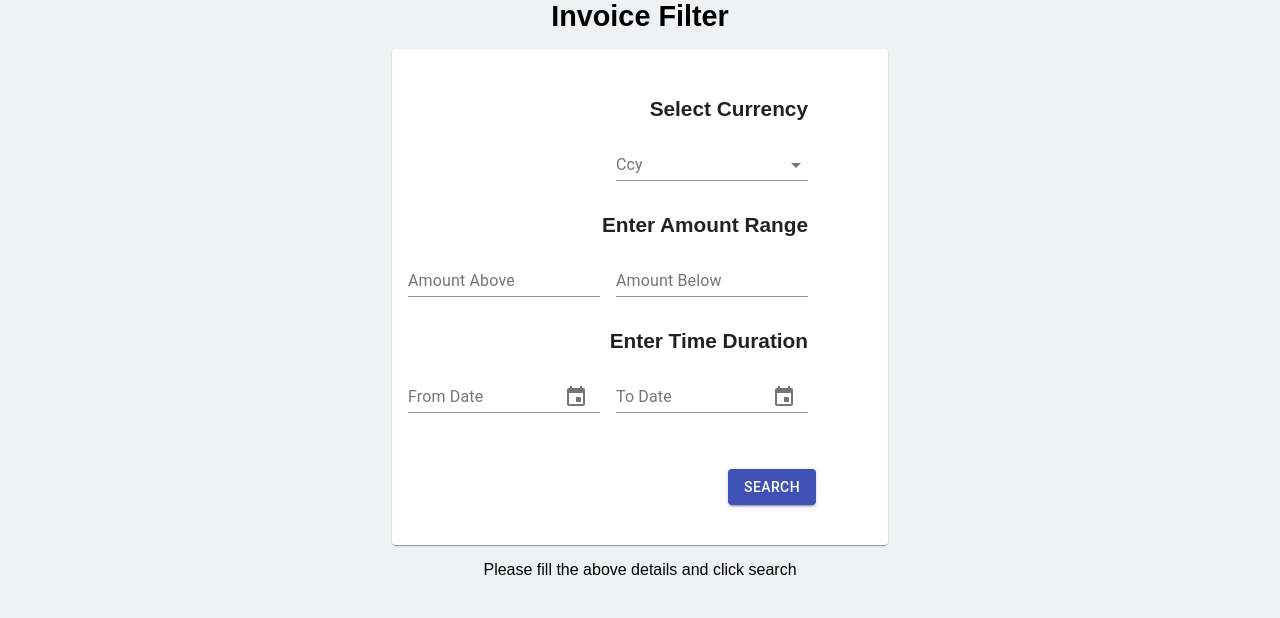
Repository: AmanullaChishty/filter
Page: /
These files come from the project's save history. The page is drawn as it stood at one moment and after the next save; the edit follows.
The browser window is 1280 px wide. The pictures show the whole page.
The project was rebuilt for these pictures with package versions that can differ from the ones it lists, and the page was loaded fresh each time.

Above is the page before, as saved 2020-01-26 22:15:09.

### src/index.js
import React from 'react';
import ReactDOM from 'react-dom';

// Required for Redux store setup
import { Provider } from 'react-redux'
import configureStore from './store';

import './index.css';
import App from './App';
import registerServiceWorker from './registerServiceWorker';

ReactDOM.render(
  <Provider store={configureStore()}>
    <App />
  </Provider>,
  document.getElementById('root')
);
registerServiceWorker();

### src/store.js
import { createStore, applyMiddleware } from 'redux';
import thunk from 'redux-thunk';
import rootReducer from './reducers/rootReducer';

export default function configureStore(initialState={}) {
  return createStore(
    rootReducer,
    applyMiddleware(thunk)
  );
}

### src/App.js
import React, { Component } from 'react';
import './App.css';
import GridList from './gridList'
import SearchBar from './searchBar/components/searchBar';



/**
 * @class App
 * @extends {Component}
 */
class App extends Component {



  /**
   * @memberof App
   * @summary handles button click
   */


  render() {
    return (
      <div className="App">
        <span className="header">Invoice Filter</span>
        <SearchBar/>
        <GridList/>
      </div>
    );
  }
}

export default App;

### src/reducers/rootReducer.js
import { combineReducers } from 'redux';
import searchReducer from '../searchBar/reducers/searchReducer'

export default combineReducers({
  searchReducer
});

### src/App.css
body{

  background-color: #edf2f2;
}
.App{
  text-align: center;
}
.header{
  font-size: 1.8em;
  font-weight: bold;
  margin: .5em;
}

### src/gridList.js
import React, { Component } from 'react';
import { connect } from 'react-redux';
import MUIDataTable from "mui-datatables";
import { getSearchCriteria, getSearchData } from './searchBar/selectors/searchSelectors';


const headers = [{ name: "invoice_id", label: "Invoice id", options: { filter: true, sort: true, } },{ name: "reference", label: "Reference", options: { filter: true, sort: true, } },
{ name: "maturity_date", label: "Maturity Date", options: { filter: true, sort: true, } },{ name: "invoice_amount", label: "Invoice Amount", options: { filter: true, sort: true, } },
{ name: "ccy", label: "CCY", options: { filter: true, sort: true, } },{ name: "buyer", label: "Buyer", options: { filter: true, sort: true, } },
{ name: "supplier", label: "Supplier", options: { filter: true, sort: true, } },{ name: "invoice_date", label: "Invoice Date", options: { filter: true, sort: true, } },]

const options = {
  filterType: "checkbox",
  responsive: "stacked",
}

class GridList extends Component {
  render() {
    const {result,seacrhedData} = this.props;

    if(seacrhedData){
      if(seacrhedData.startDate){
        let date=new Date(seacrhedData.startDate)
        let yyyy = date.getFullYear();
        let mm =date.getMonth()+1
        let dd=date.getDate();
        seacrhedData.startDate = dd+'/'+ mm +'/'+yyyy;

      }
      if(seacrhedData.endDate){
        let date=new Date(seacrhedData.endDate)
        let yyyy = date.getFullYear();
        let mm =date.getMonth()+1
        let dd=date.getDate();
        seacrhedData.endDate = dd+'/'+ mm +'/'+yyyy;

      }
    }
    const title=('Currency '+seacrhedData.ccy + ' Invoices with value between '+ seacrhedData.ccy+ ' '+ seacrhedData.lowerLimit +' - '+ seacrhedData.upperLimit +' maturing between '+seacrhedData.startDate+' and '+ seacrhedData.endDate)

    if(result.length>0){
      result.forEach(item=>{
        if(item.maturity_date){
          let date=new Date(item.maturity_date*1000)
          let yyyy = date.getFullYear();
          let mm =date.getMonth()+1
          let dd=date.getDate();
            item.maturity_date = dd+'/'+ mm +'/'+yyyy;

        }
      })
    }
    return (
     <div>
       {result.length>0?(<MUIDataTable
            title={title}
            data={result}
            columns={headers}
            options={options}
          />):'Please fill the above details and click search'}
     </div>
    );
  }
}


const mapStateToProps=state=> {
  return {
      result: getSearchData(state),
      seacrhedData:getSearchCriteria(state)
      };
}


export default connect(mapStateToProps)(GridList);

### src/searchBar/components/searchBar.js
import React, { Component, Fragment } from 'react';
import { connect } from 'react-redux';
import { bindActionCreators } from 'redux';
import { fetchData } from '../actions/fetchData';
import { search } from '../actions/searchAction';
import { getData, getSearchData } from '../selectors/searchSelectors';
import InputLabel from '@material-ui/core/InputLabel';
import MenuItem from '@material-ui/core/MenuItem';
import FormControl from '@material-ui/core/FormControl';
import Select from '@material-ui/core/Select';
import { Grid, Card, CardContent,CardActions, Input, Button, InputAdornment } from '@material-ui/core';
import DateFnsUtils from '@date-io/date-fns';
import { KeyboardDatePicker, MuiPickersUtilsProvider } from "@material-ui/pickers";
import 'date-fns';


class SearchBar extends Component {

  constructor(props){
    super(props);
    this.handleChange=this.handleChange.bind(this)
    this.setLowerLimit=this.setLowerLimit.bind(this)
    this.setUpperLimit=this.setUpperLimit.bind(this)
    this.setStartDate=this.setStartDate.bind(this)
    this.setEndDate=this.setEndDate.bind(this)
    this.submitSearch=this.submitSearch.bind(this)
    this.state = {
      ccy:'',
      lowerLimit:'',
      upperLimit:'',
      startDate:null,
      endDate:null,
      storeStartDate:null,
      storeEndDate:null

    }
  }

  componentDidMount() {

    }



  handleChange(event){
    let val = event.target.value
      this.setState({ccy:val})
  };

  setLowerLimit(event){
    let val = event.target.value
    this.setState({lowerLimit:val});
  }

  setUpperLimit(event){
    let val = event.target.value
    this.setState({upperLimit:val})

  }
  setStartDate(event){
    let val = Math.floor(event.getTime()/1000)
    this.setState({storeStartDate:val})
    this.setState({startDate:event})

  }

  setEndDate(event){
    let val = Math.floor(event.getTime()/1000)
    this.setState({storeEndDate:val})
    this.setState({endDate:event})

  }

  submitSearch(){
    const { fetchAllData,searchData } = this.props;
    fetchAllData();
    setTimeout(()=>{searchData(this.state)},100)

  }


  render() {
    const sectionGrid={ display: 'flex', justifyContent: 'end', alignItems: 'end', flexDirection: 'column', marginBottom: '2em' }
    const sectionLabel = { fontSize: '1.3em', fontWeight: 'bold', marginBottom: '-.2em' }
    const innerSection={ display: 'flex', justifyContent: 'center', alignItems: 'center', }
    const formControlStyle={ width: '12em', marginTop: '1em' }
    const formControlStyleLeft={ width: '12em', marginTop: '1em', marginLeft: '1em' }
    const {ccy,lowerLimit,upperLimit,startDate,endDate} = this.state

    return (
      <Grid style={{display:'flex',justifyContent:'center',alignItems:'center',flexDirection:'column'}}>
    <Card style={{maxWidth:400,width:'100%',padding:'2em 4em 2em 2em',margin:'1em 0'}}>
      <CardContent>
            <Grid style={sectionGrid}>
              <span style={sectionLabel}>Select Currency</span>
              <FormControl style={formControlStyle} >

                <InputLabel id="ccy">
                  Ccy
                </InputLabel>
                <Select
                  labelId="ccy"
                  id="simple-select"
                  value={ccy}
                  onChange={this.handleChange}>
                  <MenuItem value={'USD'}>USD</MenuItem>
                  <MenuItem value={'INR'}>INR</MenuItem>
                  <MenuItem value={'JPY'}>JPY</MenuItem>
                  <MenuItem value={'RYD'}>RYD</MenuItem>
                </Select>
              </FormControl>
            </Grid>

            <Grid style={sectionGrid}>
              <span style={sectionLabel}>Enter Amount Range</span>
              <Grid style={innerSection}>
                <FormControl style={formControlStyle} >

                  <InputLabel id="ccy">
                    Amount Above
                  </InputLabel>
                  <Input
                  type='number'
                  value={lowerLimit}
                  startAdornment={ccy!==''?(<InputAdornment position="start">{ccy}</InputAdornment>):null}
                  onChange={this.setLowerLimit}/>
                </FormControl>
                <FormControl style={formControlStyleLeft} >
                  <InputLabel id="ccy">
                    Amount Below
                  </InputLabel>
                  <Input
                  type='number'
                  value={upperLimit}
                  startAdornment={ccy!==''?(<InputAdornment position="start">{ccy}</InputAdornment>):null}
                  onChange={this.setUpperLimit} />
                </FormControl>
              </Grid>
            </Grid>

            <Grid style={sectionGrid}>
              <span style={sectionLabel}>Enter Time Duration</span>
              <Grid style={innerSection}>
                <FormControl style={formControlStyle} >
                  <Fragment>
                    <MuiPickersUtilsProvider utils={DateFnsUtils}>
                      <KeyboardDatePicker
                        label="From Date"
                        clearable
                        value={startDate}
                        placeholder="Select from date"
                        onChange={this.setStartDate}
                        format="dd/MM/yyyy"
                      />
                    </MuiPickersUtilsProvider>
                  </Fragment>
                </FormControl>
                <FormControl style={formControlStyleLeft} >
                <Fragment>
                    <MuiPickersUtilsProvider utils={DateFnsUtils}>
                      <KeyboardDatePicker
                        label="To Date"
                        clearable
                        value={endDate}
                        placeholder="Select end date"
                        onChange={this.setEndDate}
                        format="dd/MM/yyyy"
                      />
                    </MuiPickersUtilsProvider>
                  </Fragment>
                </FormControl>
              </Grid>
            </Grid>

      </CardContent>
      <CardActions style={{float:'right'}}>
        <Button variant="contained" color="primary" onClick={this.submitSearch}>
          Search
        </Button>
      </CardActions>
      </Card>
    </Grid>
    );
  }
}


const mapStateToProps=state=> {
    return {
        value: getSearchData(state),
        content:getData(state)
        };
  }

const mapDispatchToProps = dispatch => bindActionCreators({
    searchData: search,
    fetchAllData:fetchData,
}, dispatch)


export default connect(mapStateToProps, mapDispatchToProps)(SearchBar);

### src/searchBar/reducers/searchReducer.js
import { SEARCH, SUCCESS } from '../actions/searchAction';

const initialState = {contents: [], value: '', serachedValue: []};

export default function searchReducer(state = initialState, action) {
  switch(action.type) {
    case SUCCESS: {
      const {contents} = action;
      return {
        ...state,
        contents:contents
      };
    }
    case SEARCH: {
      const {value} = action;
      let filteredData=[value]
      const serachedData = state.contents.filter((val) => filteredData.find(
        ({ccy,lowerLimit,upperLimit,storeStartDate,storeEndDate})=>(
          val.ccy === ccy && val.invoice_amount>lowerLimit && val.invoice_amount<upperLimit && val.maturity_date>storeStartDate && val.maturity_date<storeEndDate
          )
        ));

      return {
        ...state,
        value:value,
        serachedValue:serachedData
      };
    }
    default:
      return state;
  }
}

### src/searchBar/selectors/searchSelectors.js
import { createSelector } from 'reselect';

export const getSearchData = createSelector(
    state => state.searchReducer.serachedValue,
    serachedValue => serachedValue
)

export const getSearchCriteria = createSelector(
    state => state.searchReducer.value,
    value => value
)

export const getData = createSelector(
    state => state.searchReducer.contents,
    contents=>contents
)

### src/searchBar/actions/fetchData.js
import { getData } from "./searchAction";

//https://my.api.mockaroo.com/tallydata.json?key=1e3baa20
function fetchData() {
    return dispatch => {
        fetch('data.json')
        .then(res => res.json())
        .then(res => {
            if(res.error) {
                throw(res.error);
            }
            dispatch(getData(res));

            return res;
        })
        .catch(error => {
            alert(error);
        })
    }
}

export { fetchData };

### src/searchBar/actions/searchAction.js
export const SEARCH = 'SEARCH';
export const SUCCESS = 'SUCCESS'

export function search(value) {
  return {
      type: SEARCH,
      value:value
    };
}

export function getData(res) {
  return {
      type: SUCCESS,
      contents:res
    };
}

Loaded but not shown: public/index.html (common file); src/index.css (common file); src/registerServiceWorker.js (common file)

After the next save:
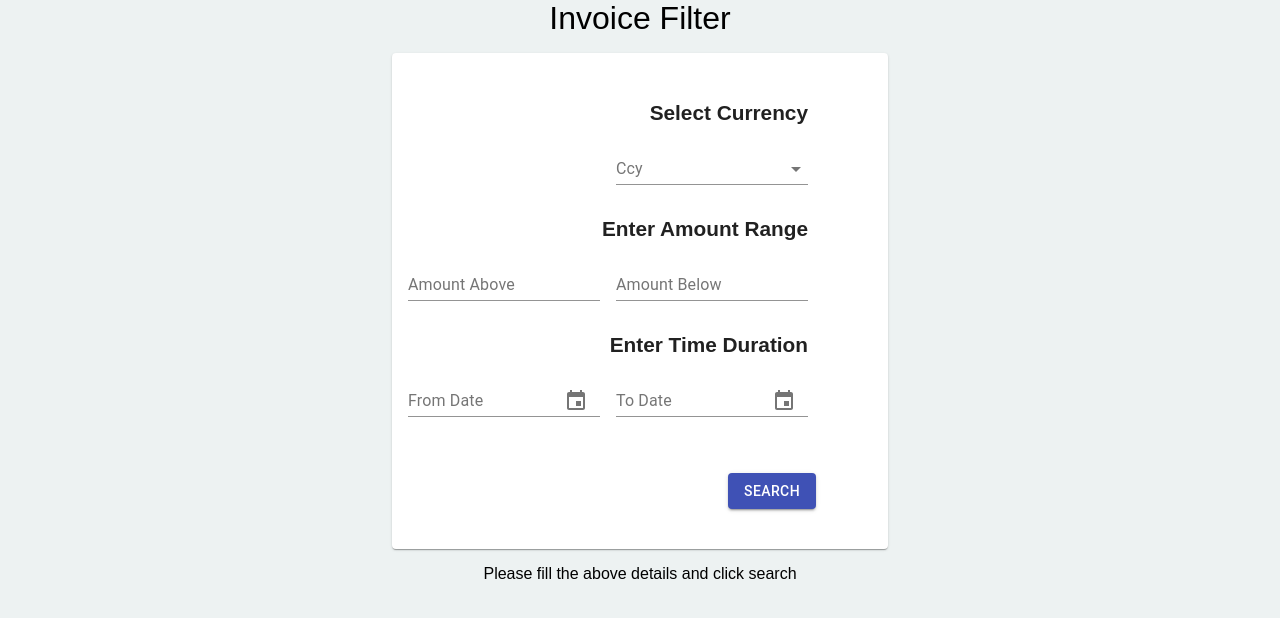
Saved 4 min 8 s later.
--- a/src/App.css
+++ b/src/App.css
@@ -6,7 +6,6 @@ body{
   text-align: center;
 }
 .header{
-  font-size: 1.8em;
-  font-weight: bold;
-  margin: .5em;
+  font-size: 2em;
+  font-weight: 500;
 }
